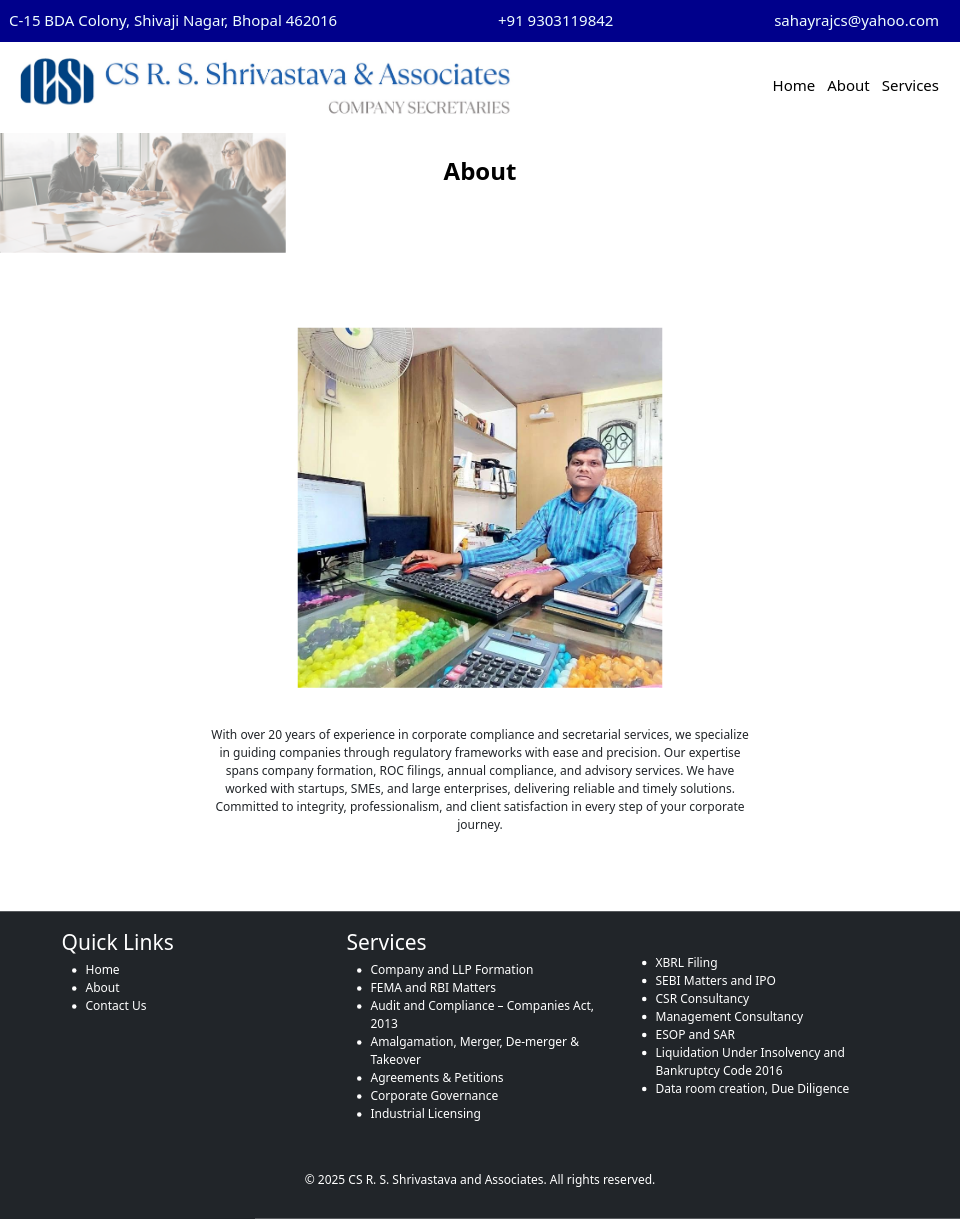
Repository: aayushiss/CS-RSS
Page: about.html
These files come from the project's save history. The page is drawn as it stood at one moment and after the next save; the edit follows.
The browser window is 1280 px wide. The pictures show the whole page, at 75% of full size.

Above is the page before, as saved 2025-05-20 18:49:22.

After the next save:
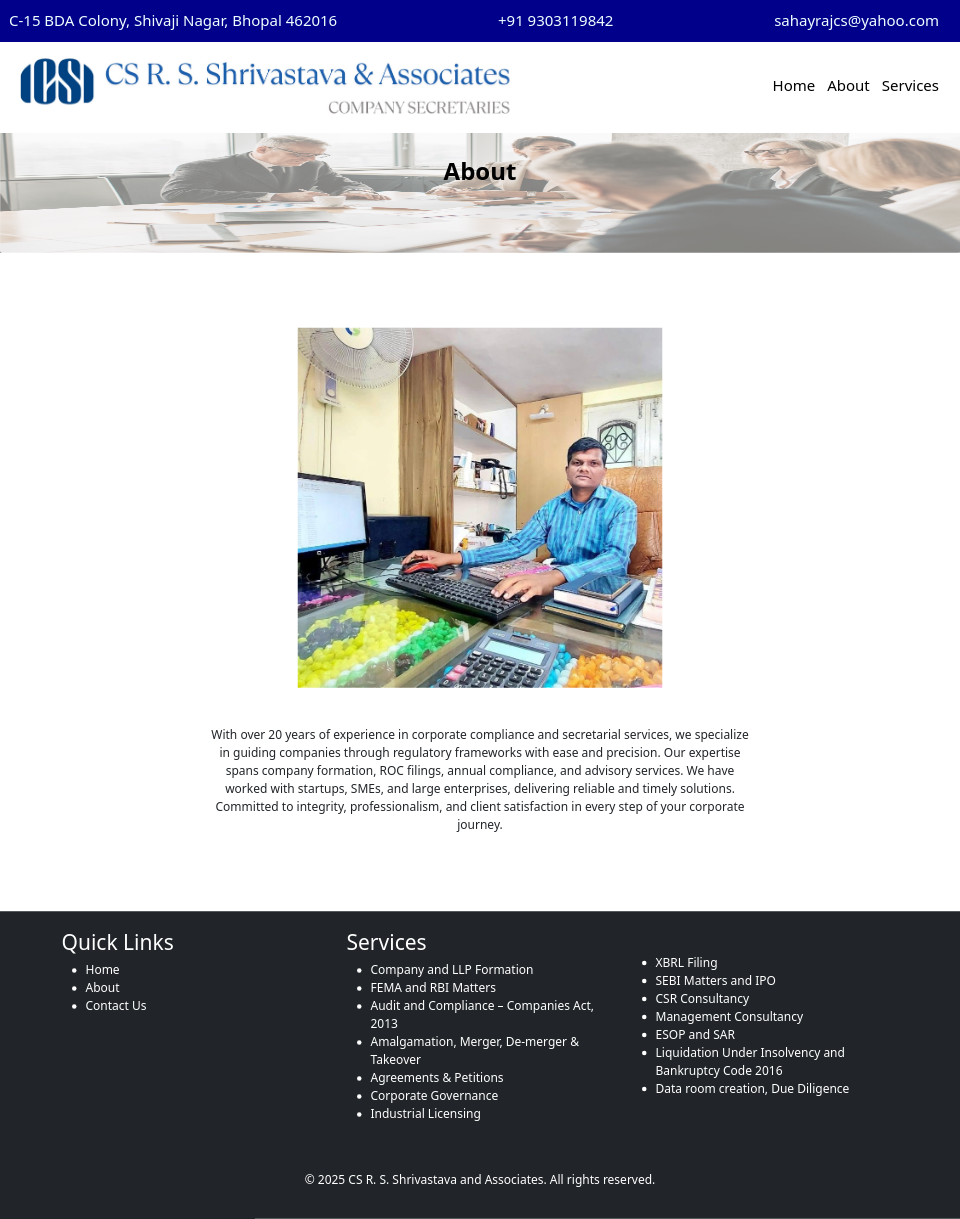
Saved 2 min 53 s later.
--- a/about.html
+++ b/about.html
@@ -37,7 +37,7 @@
 
     <div class="position-relative" style="margin-bottom: 60px;" id="contact-section">
         <img src="images/haveAQuery.jpg" class="img-fluid" alt="..."
-            style="opacity: .5; height: 10rem; width: fit-content;">
+            style="opacity: .5; height: 10rem; width: 100vw;">
         <h2 class="position-absolute start-50 translate-middle-x text-black fw-bold" style="top: 20%;">
             About
         </h2>
